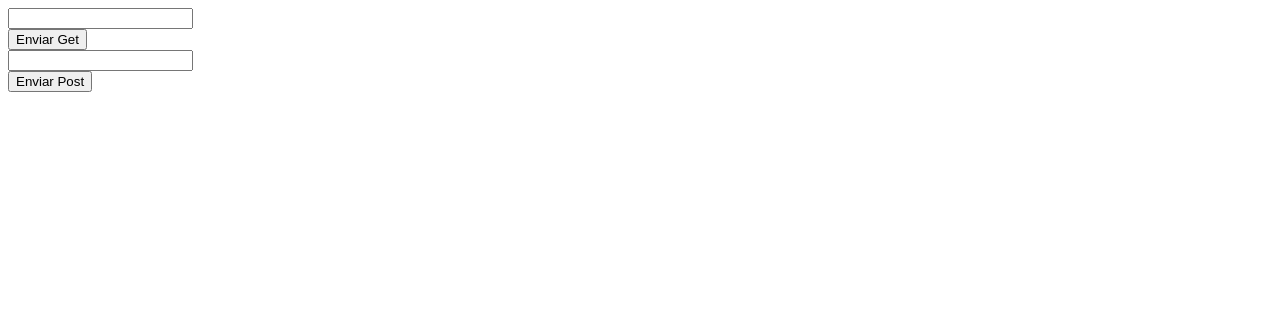
Repository: DavidsonWasserman/WebII_task
Page: Projeto_Fruta/src/main/webapp/index.html
The author's editor kept a copy of each file at every save. The page is drawn from the files as they stood at one save, then again after the next save.
The browser window is 1280 px wide. The pictures show the whole page.

Above is the page before, as saved 2025-09-28 19:25:50.

### Projeto_Fruta/src/main/webapp/index.html
<!DOCTYPE html>
<html>
<head>
<meta charset="UTF-8">
<title>Inicio</title>
</head>
<body>

<form action="Fruta" method="get">

<input type="text" name="nome"/></br>
<input type="submit" value="Enviar Get"/>

</form>

<form action="Fruta" method="post">

<input type="text" name="palavra"/></br>
<input type="submit" value="Enviar Post"/>

</form>


</body>
</html>

After the next save:
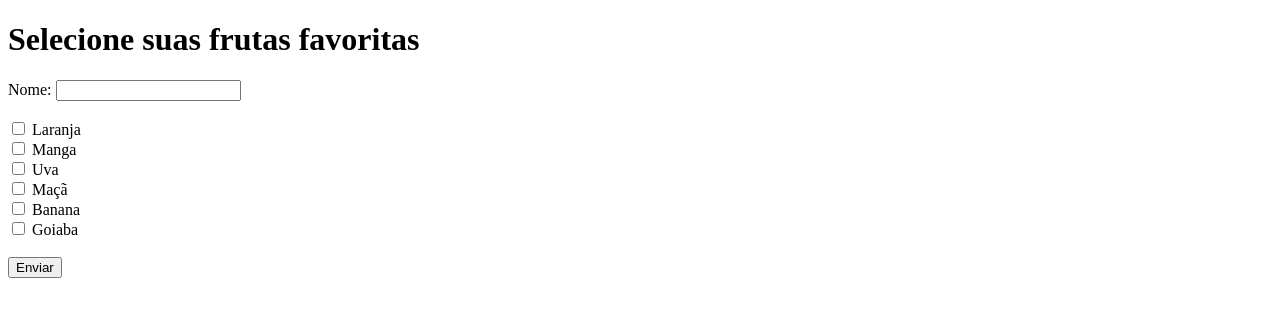
Saved 3 s later.
--- a/Projeto_Fruta/src/main/webapp/index.html
+++ b/Projeto_Fruta/src/main/webapp/index.html
@@ -2,24 +2,22 @@
 <html>
 <head>
 <meta charset="UTF-8">
-<title>Inicio</title>
+<title>Frutas</title>
 </head>
 <body>
 
-<form action="Fruta" method="get">
+<h1>Selecione suas frutas favoritas</h1>
+    <form action="FrutaServlet" method="post">
+        Nome: <input type="text" name="nome"><br><br>
 
-<input type="text" name="nome"/></br>
-<input type="submit" value="Enviar Get"/>
+        <label><input type="checkbox" name="frutas" value="1"> Laranja</label><br>
+        <label><input type="checkbox" name="frutas" value="2"> Manga</label><br>
+        <label><input type="checkbox" name="frutas" value="3"> Uva</label><br>
+        <label><input type="checkbox" name="frutas" value="4"> Maçã</label><br>
+        <label><input type="checkbox" name="frutas" value="5"> Banana</label><br>
+        <label><input type="checkbox" name="frutas" value="6"> Goiaba</label><br>
 
-</form>
-
-<form action="Fruta" method="post">
-
-<input type="text" name="palavra"/></br>
-<input type="submit" value="Enviar Post"/>
-
-</form>
-
+        <br><input type="submit" value="Enviar">
 
 </body>
 </html>
